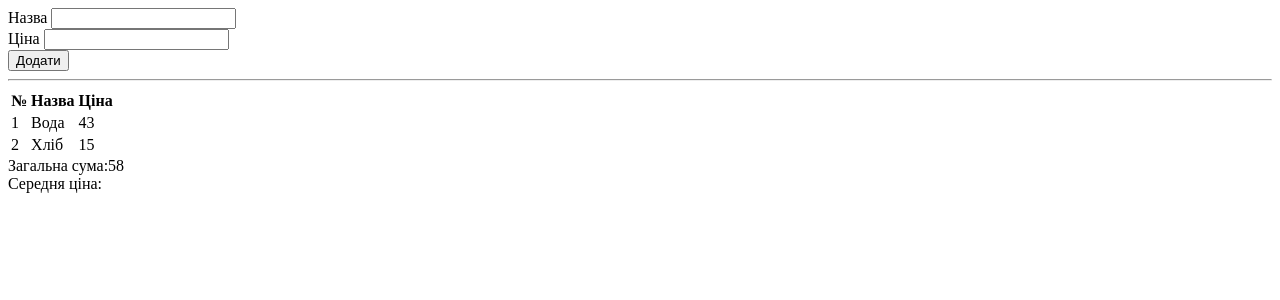
Repository: KYUUBI-K/HTML
Page: За 2 курс/test Vuejs/BaseProducts.html
The author's editor kept a copy of each file at every save. The page is drawn from the files as they stood at one save, then again after the next save.
The browser window is 1280 px wide. The pictures show the whole page.

Above is the page before, as saved 2021-09-07 13:27:43.

After the next save:
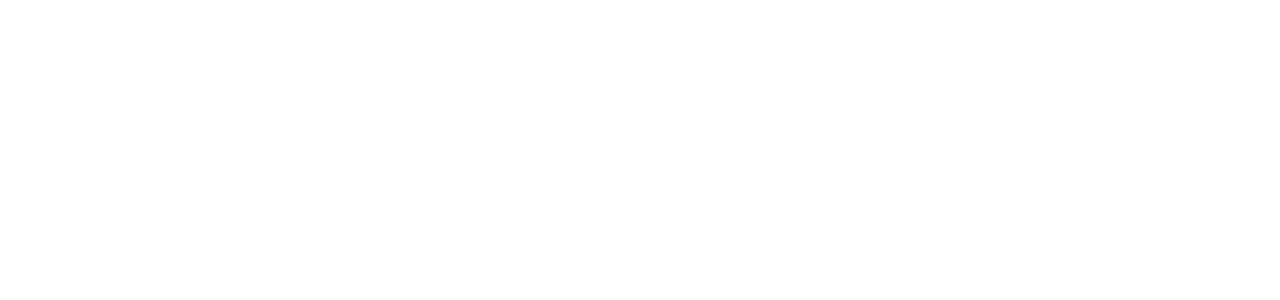
Saved 79 s later.
--- a/За 2 курс/test Vuejs/BaseProducts.html
+++ b/За 2 курс/test Vuejs/BaseProducts.html
@@ -62,7 +62,7 @@
             return this.productList.reduce((prevSum, prod) => prevSum + prod.price,0);
           },
           AverageValue(){
-
+            return this.TotalSum()/this.productList.len
           }
         },
         methods: {

After the 4 saves that followed:
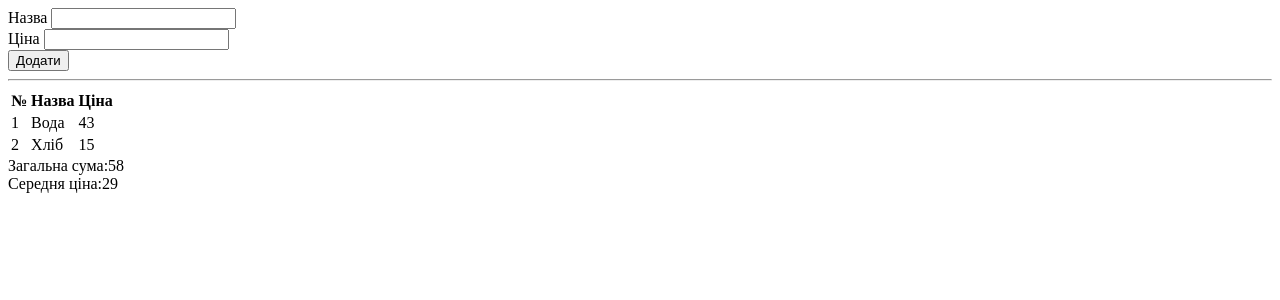
The 4 saves are shown as one change because 3 left the picture as it was.
The last was saved 78 s later.
--- a/За 2 курс/test Vuejs/BaseProducts.html
+++ b/За 2 курс/test Vuejs/BaseProducts.html
@@ -62,7 +62,7 @@
             return this.productList.reduce((prevSum, prod) => prevSum + prod.price,0);
           },
           AverageValue(){
-            return this.TotalSum()/this.productList.len
+            return this.TotalSum/this.productList.length
           }
         },
         methods: {
